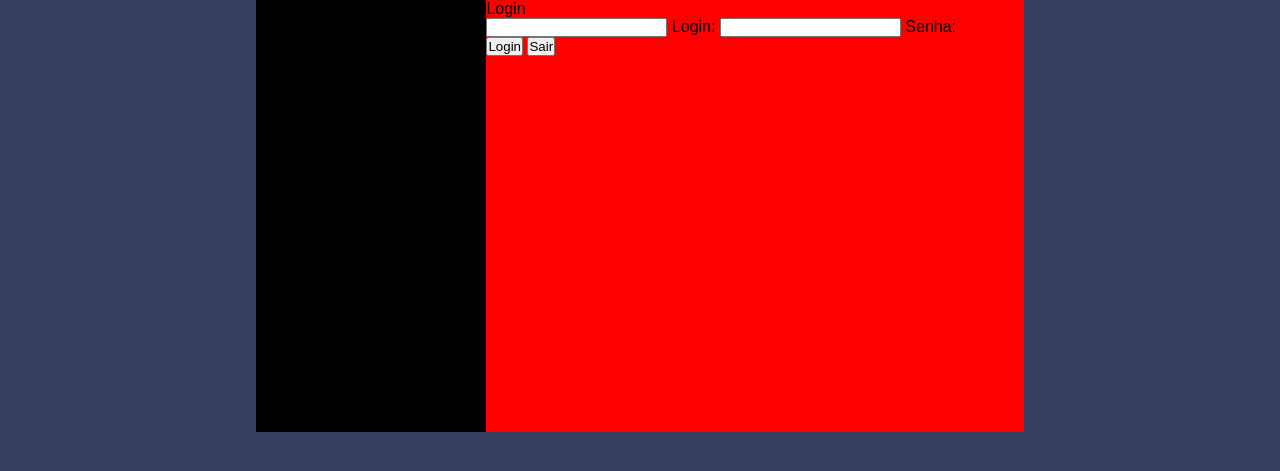
Repository: samantaProspero/projeto_integrador
Page: Versão Atual/PI_Vanila/index.html
An editor plug-in stored every save of this project. The page is shown before and after the next save, followed by the edit.
The browser window is 1280 px wide. The pictures show the whole page.

Above is the page before, as saved 2021-11-04 14:46:59.
Not found: Versão Atual/PI_Vanila/js/script.js

After the next save:
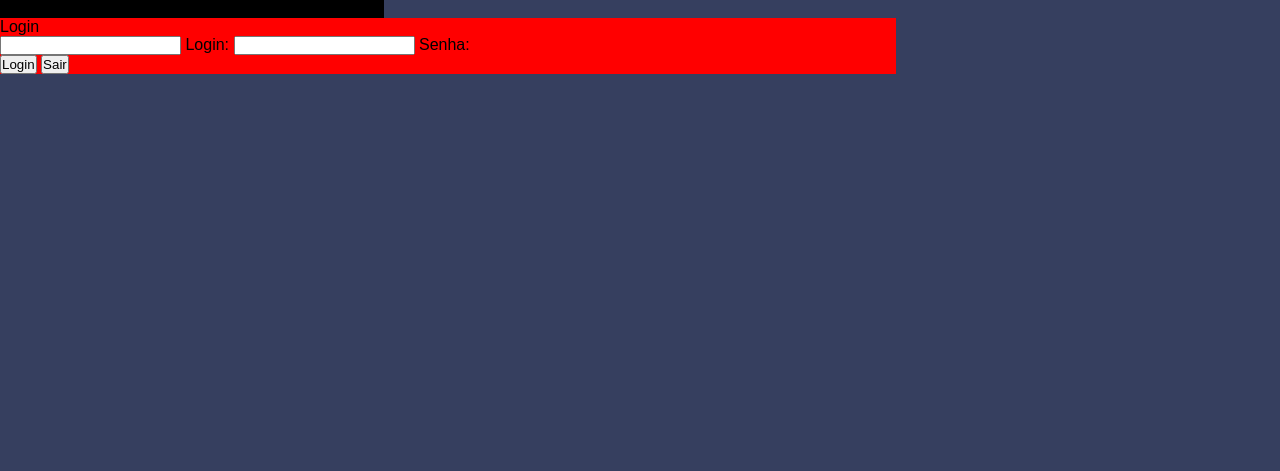
Saved 7 s later.
--- a/Versão Atual/PI_Vanila/_css/style.css
+++ b/Versão Atual/PI_Vanila/_css/style.css
@@ -1,4 +1,4 @@
-
+#painel
 .login-painel{
   width: 60vw;
   height: 60vh;

After the save that followed:
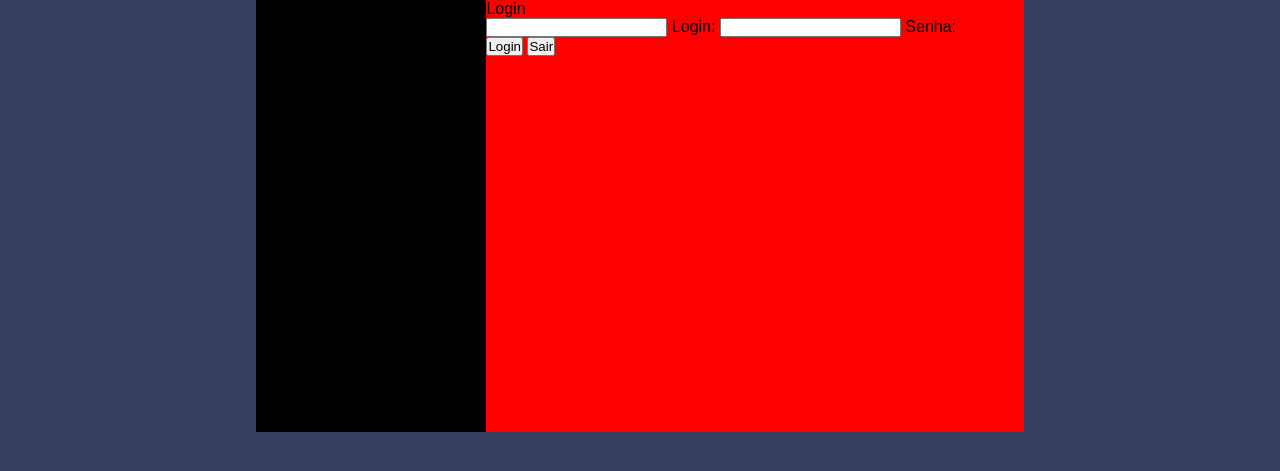
Saved 5 s later.
--- a/Versão Atual/PI_Vanila/_css/style.css
+++ b/Versão Atual/PI_Vanila/_css/style.css
@@ -1,4 +1,6 @@
-#painel
+#painel-inicial{
+
+}
 .login-painel{
   width: 60vw;
   height: 60vh;
